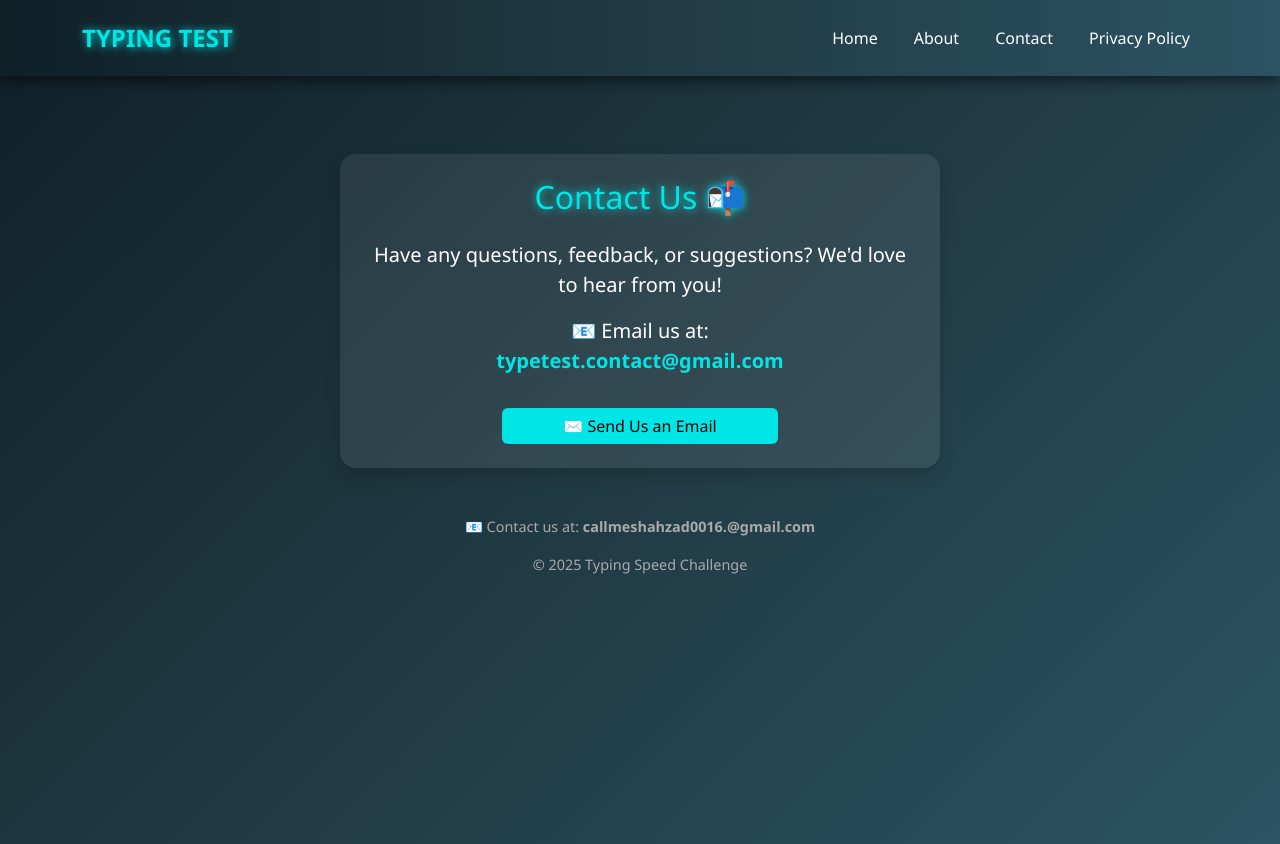
Repository: SHAHZADcodr/typing-test-react
Page: /contact
These files come from the project's save history. The page is drawn as it stood at one moment and after the next save; the edit follows.
The browser window is 1280 px wide. The pictures show the whole page.
The project was rebuilt for these pictures with package versions that can differ from the ones it lists, and the page was loaded fresh each time. Also part of the build but not shown: src/customCss/Home.css, src/pages/Home.jsx, src/customCss/About.css, src/pages/About.jsx, src/customCss/Game.css, src/pages/Game.jsx, src/customCss/GameOver.css, src/pages/GameOver.jsx and 1 more. Imported but missing from the stored project, and not drawn on this page: src/assets/background.mp3, src/assets/pop.mp3.

Above is the page before, as saved 2025-04-13 16:04:31.

After the next save:
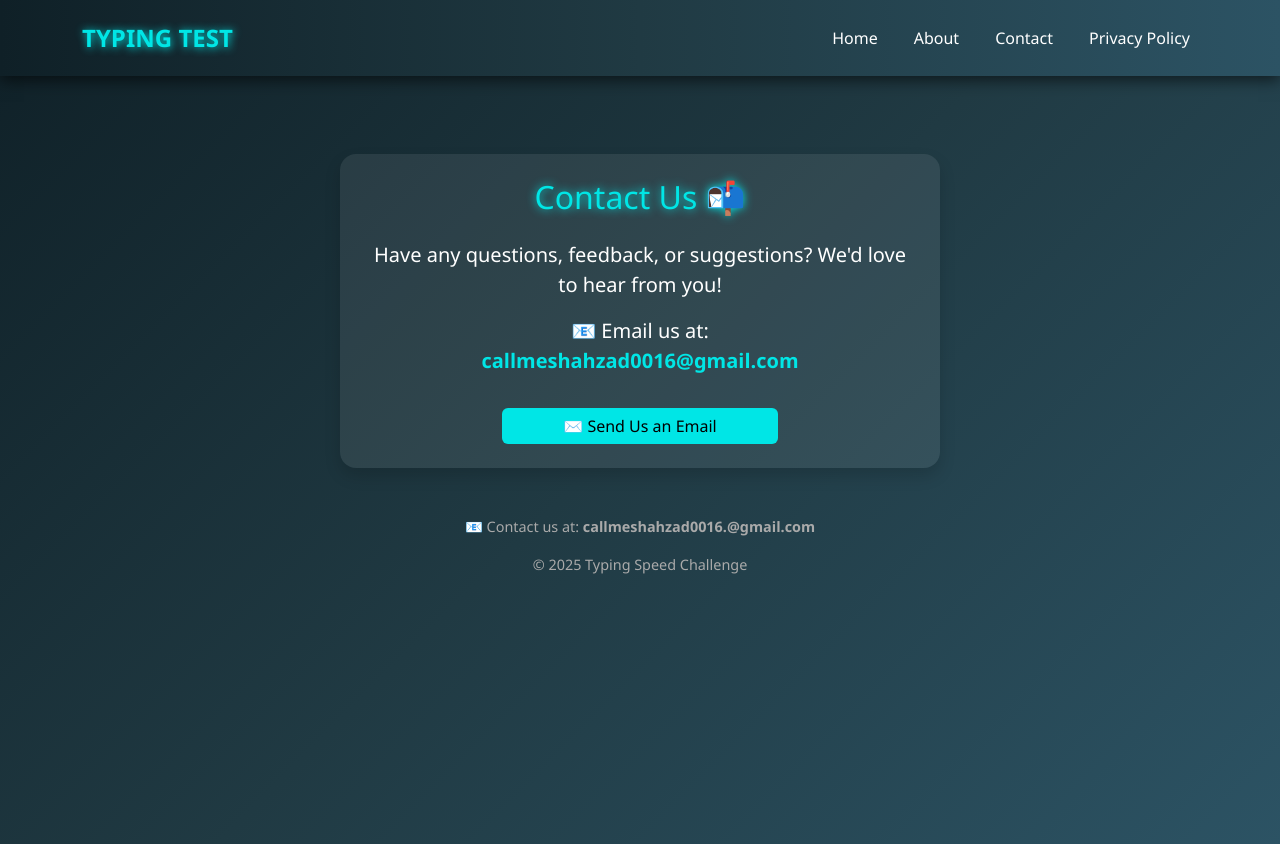
Saved 82 s later.
--- a/src/pages/Contact.jsx
+++ b/src/pages/Contact.jsx
@@ -20,7 +20,7 @@ const Contact = () => {
                 href="mailto:typetest.contact@gmail.com"
                 className="contact-email-link"
               >
-                typetest.contact@gmail.com
+                callmeshahzad0016@gmail.com
               </a>
             </strong>
           </p>
